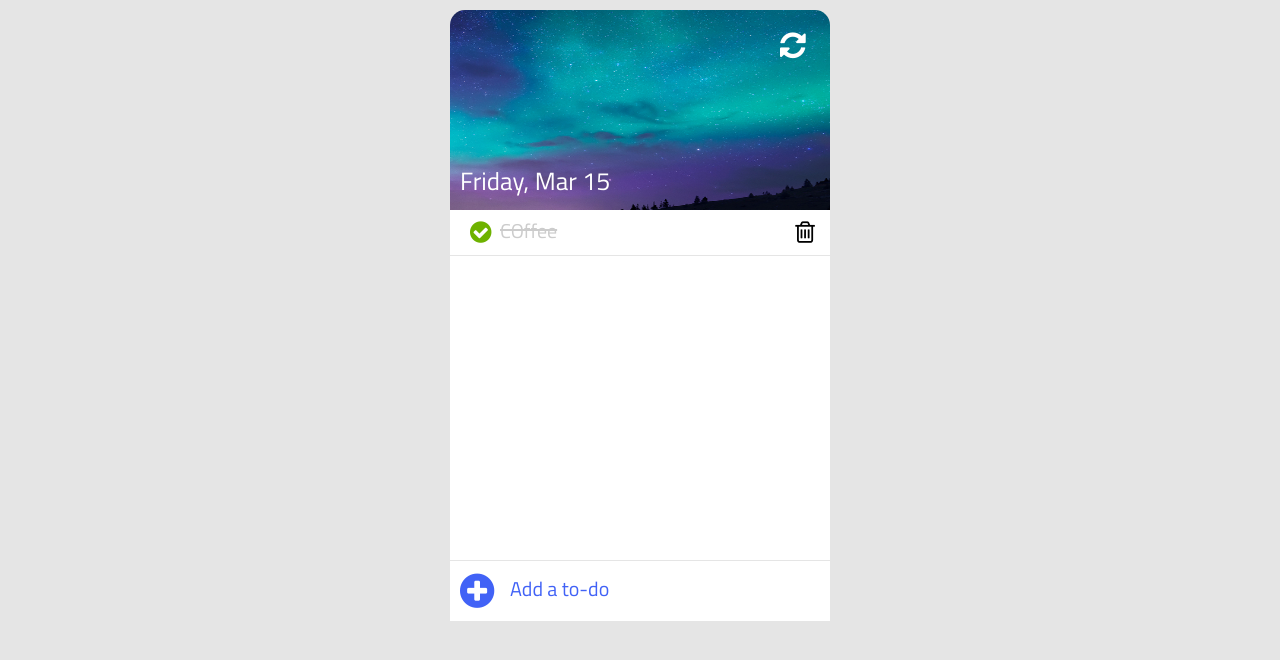
Repository: Khalidwebmail/to-do-list
Page: index.html
The author's editor kept a copy of each file at every save. The page is drawn from the files as they stood at one save, then again after a run of saves.
The browser window is 1280 px wide. The pictures show the whole page.

Above is the page before, as saved 2020-01-21 21:11:32.

### index.html
<!-- CODE EXPLAINED CHANNEL -->
<!DOCTYPE html>
<html lang="en">
<head>
    <meta charset="UTF-8">
    <title>JavaScript - To Do List</title>
    <link rel="stylesheet" href="https://fonts.googleapis.com/css?family=Titillium+Web">
    <link rel="stylesheet" href="css/font-awesome.css">
    <link rel="stylesheet" href="css/style.css">
</head>
<body>
    <div class="container">
        <div class="header">
            <div class="clear">
                <i class="fa fa-refresh"></i>
            </div>
            <div id="date"></div>
        </div>
        <div class="content">
            <ul id="list">
               <!--
                <li class="item">
                    <i class="fa fa-circle-thin co" job="complete" id="0"></i>
                    <p class="text">Drink Coffee</p>
                    <i class="fa fa-trash-o de" job="delete" id="0"></i>
                </li> -->
            </ul>
        </div>
        <div class="add-to-do">
            <i class="fa fa-plus-circle"></i>
            <input type="text" id="input" placeholder="Add a to-do">
        </div>
    </div>
    <script src="js/app.js"></script>
</body>
</html>

### css/style.css
/* ------------ youtube.com/CodeExplained ------------ */
body{
    padding: 0;
    margin: 0;
    background-color: rgba(0,0,0,0.1);
    font-family: 'Titillium Web', sans-serif;
}

/* ------------ container ------------ */
.container{
    padding:10px;
    width:380px;
    margin:0 auto;
}

/* ------------ header ------------ */
.header{
    width: 380px;
    height:200px;
    background-image: url('../img/bg2.jpg');
    background-size: 100% 200%;
    background-repeat: no-repeat;
    border-radius: 15px 15px 0 0;
    position: relative;
}
.clear{
    width : 30px;
    height: 30px;
    position: absolute;
    right:20px;
    top: 20px;
}
.clear i{
    font-size: 30px;
    color: #FFF;
}
.clear i:hover{
    cursor: pointer;
    text-shadow: 1px 3px 5px #000;
    transform: rotate(45deg);
}
#date{
    position: absolute;
    bottom: 10px;
    left: 10px;
    color: #FFF;
    font-size: 25px;
    font-family: 'Titillium Web', sans-serif;
}

/* ------------ content ------------ */
.content{
    width:380px;
    height: 350px;
    max-height:350px;
    background-color: #FFF;
    overflow: auto;
}
.content::-webkit-scrollbar {
    display: none;
}
.content ul{
    padding:0;
    margin:0;
}
.item{
    width:380px;
    height: 45px;
    min-height: 45px;
    position: relative;
    border-bottom: 1px solid rgba(0,0,0,0.1);
    list-style: none;
    padding: 0;
    margin: 0;
}
.item i.co{
    position: absolute;
    font-size: 25px;
    padding-left:5px;
    left:15px;
    top:10px;
}
.item i.co:hover{
    cursor: pointer;
}
.fa-check-circle{
    color:#6eb200;
}
.item p.text{
    position: absolute;
    padding:0;
    margin:0;
    font-size: 20px;
    left:50px;
    top:5px;
    background-color: #FFF;
    max-width:285px;
}
.lineThrough{
    text-decoration: line-through;
    color : #ccc;
}
.item i.de{
    position: absolute;
    font-size: 25px;
    right:15px;
    top:10px;
}
.item i.de:hover{
    color:#af0000;
    cursor: pointer;
}
/* ------------ add item ------------ */
.add-to-do{
    position: relative;
    width: 360px;
    height:40px;
    background-color: #FFF;
    padding: 10px;
    border-top: 1px solid rgba(0,0,0,0.1);
}
.add-to-do i{
    position: absolute;
    font-size: 40px;
    color: #4162f6;
}

.add-to-do input{
    position: absolute;
    left: 50px;
    height: 35px;
    width: 310px;
    background-color: transparent;
    border: none;
    font-size: 20px;
    padding-left:10px;
}
.add-to-do input::-webkit-input-placeholder { /* Chrome/Opera/Safari */
    color: #4162f6;
    font-family: 'Titillium Web', sans-serif;
    font-size: 20px;
}
.add-to-do input::-moz-placeholder { /* Firefox 19+ */
    color: #4162f6;
    font-family: 'Titillium Web', sans-serif;
    font-size: 20px;
}
.add-to-do input:-ms-input-placeholder { /* IE 10+ */
    color: #4162f6;
    font-family: 'Titillium Web', sans-serif;
    font-size: 20px;
}
.add-to-do input:-moz-placeholder { /* Firefox 18- */
    color: #4162f6;
    font-family: 'Titillium Web', sans-serif;
    font-size: 20px;
}

### js/app.js
/**
 * Select element
 */

 const clear = document.getElementById("clear");
 const dateElement = document.getElementById("date");
 const list = document.getElementById("list");
 const input = document.getElementById("input");

 /**
  * Class name
  */
 const CHECK = "fa-check-circle";
 const UNCHECK = "fa-check-thin";
 const LINE_THROUGH = "lineThrough";

 /**
  * Show todays date
  */
 const options = {weekday : "long", month : "short", day : "numeric"};
 const today = new Date();

 dateElement.innerHTML = today.toLocaleDateString("en-US", options);

 /**
  * add to do function
  */

 function addToDo(toDo, id, done, trash){

    if(trash) { return; }

    const DONE = done ? CHECK : UNCHECK;
    const LINE = done ? LINE_THROUGH : "";

    const item = `<li class="item">
                    <i class="fa ${DONE} co" job="complete" id="${id}"></i>
                    <p class="text ${LINE}">${toDo}</p>
                    <i class="fa fa-trash-o de" job="delete" id="${id}"></i>
                </li>`;

        const position = "beforeend";

        list.insertAdjacentHTML(position, item);
    }
  /**
   * Add item to list
   */
document.addEventListener("keyup", function(e) {
    if(event.keyCode == 13) {
    const toDo = input.value;

    if(toDo) {
            addToDo(toDo)
        }

        input.value = ""
    }
})

addToDo("COffee",1, true, false);

Loaded but not shown: css/font-awesome.css (library)

After the next 2 saves:
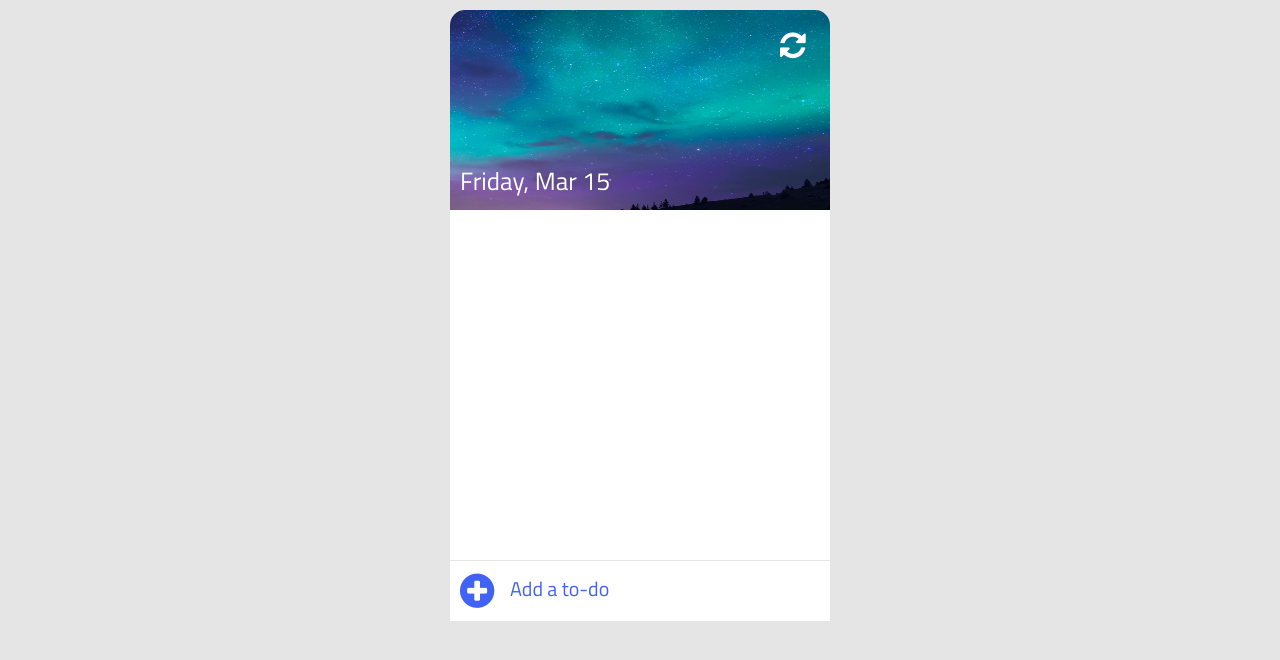
The 2 saves are shown as one change because they came seconds apart.
The last was saved 46 s later.
--- a/js/app.js
+++ b/js/app.js
@@ -58,4 +58,4 @@ document.addEventListener("keyup", function(e) {
     }
 })
 
-addToDo("COffee",1, true, false);
+addToDo("COffee",1, false, true);
